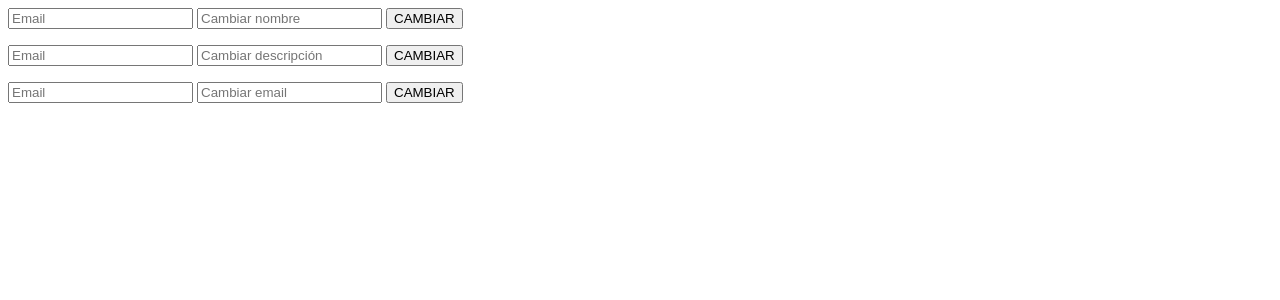
Repository: UNIZAR-30226-2020-06/PS-BackendGroup
Page: http://localhost/Espotify/modinfo.jsp
These files come from the project's save history. The page is drawn as it stood at one moment and after the next save; the edit follows.
The browser window is 1280 px wide. The pictures show the whole page.
The page is served by Tomcat 9. Other server files are loaded and not shown.

Above is the page before, as saved 2020-03-23 12:48:30.

### eclipse-espotify/Espotify/WebContent/modinfo.jsp
<HTML>
<BODY>
	<form action="modinfo" method="post">
		<input type="email" name="email" placeholder="Email" required="">
		<input type="text" name="nombre" placeholder="Cambiar nombre" required="">
		<input type="submit" value="CAMBIAR">
	</form>

	<form action="modinfo" method="post">
		<input type="email" name="email" placeholder="Email" required="">
		<input type="text" name="descripcion" placeholder="Cambiar descripción" required="">
		<input type="submit" value="CAMBIAR">
	</form>

	<form action="modinfo" method="post">
		<input type="email" name="email" placeholder="Email" required="">
		<input type="email" name="email2" placeholder="Cambiar email" required="">
		<input type="submit" value="CAMBIAR">
	</form>
</BODY>
</HTML>

After the next save:
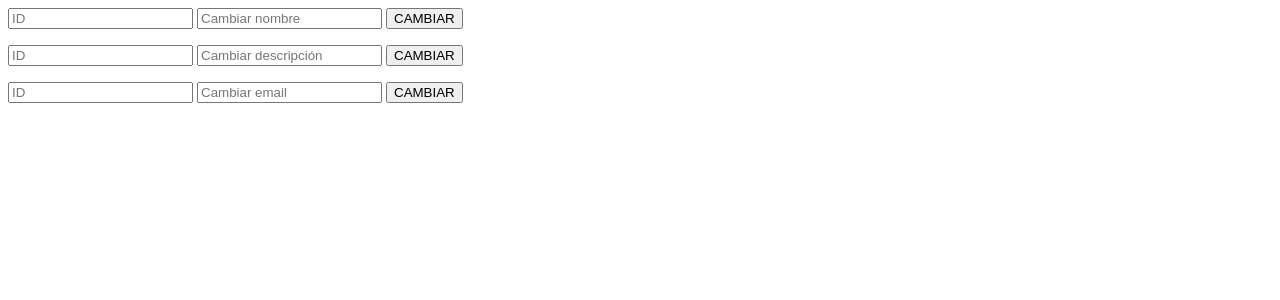
Saved 20 min 0 s later.
--- a/eclipse-espotify/Espotify/WebContent/modinfo.jsp
+++ b/eclipse-espotify/Espotify/WebContent/modinfo.jsp
@@ -1,19 +1,19 @@
 <HTML>
 <BODY>
 	<form action="modinfo" method="post">
-		<input type="email" name="email" placeholder="Email" required="">
+		<input type="text" name="id" placeholder="ID" required="">
 		<input type="text" name="nombre" placeholder="Cambiar nombre" required="">
 		<input type="submit" value="CAMBIAR">
 	</form>
 
 	<form action="modinfo" method="post">
-		<input type="email" name="email" placeholder="Email" required="">
+		<input type="text" name="id" placeholder="ID" required="">
 		<input type="text" name="descripcion" placeholder="Cambiar descripción" required="">
 		<input type="submit" value="CAMBIAR">
 	</form>
 
 	<form action="modinfo" method="post">
-		<input type="email" name="email" placeholder="Email" required="">
+		<input type="text" name="id" placeholder="ID" required="">
 		<input type="email" name="email2" placeholder="Cambiar email" required="">
 		<input type="submit" value="CAMBIAR">
 	</form>
